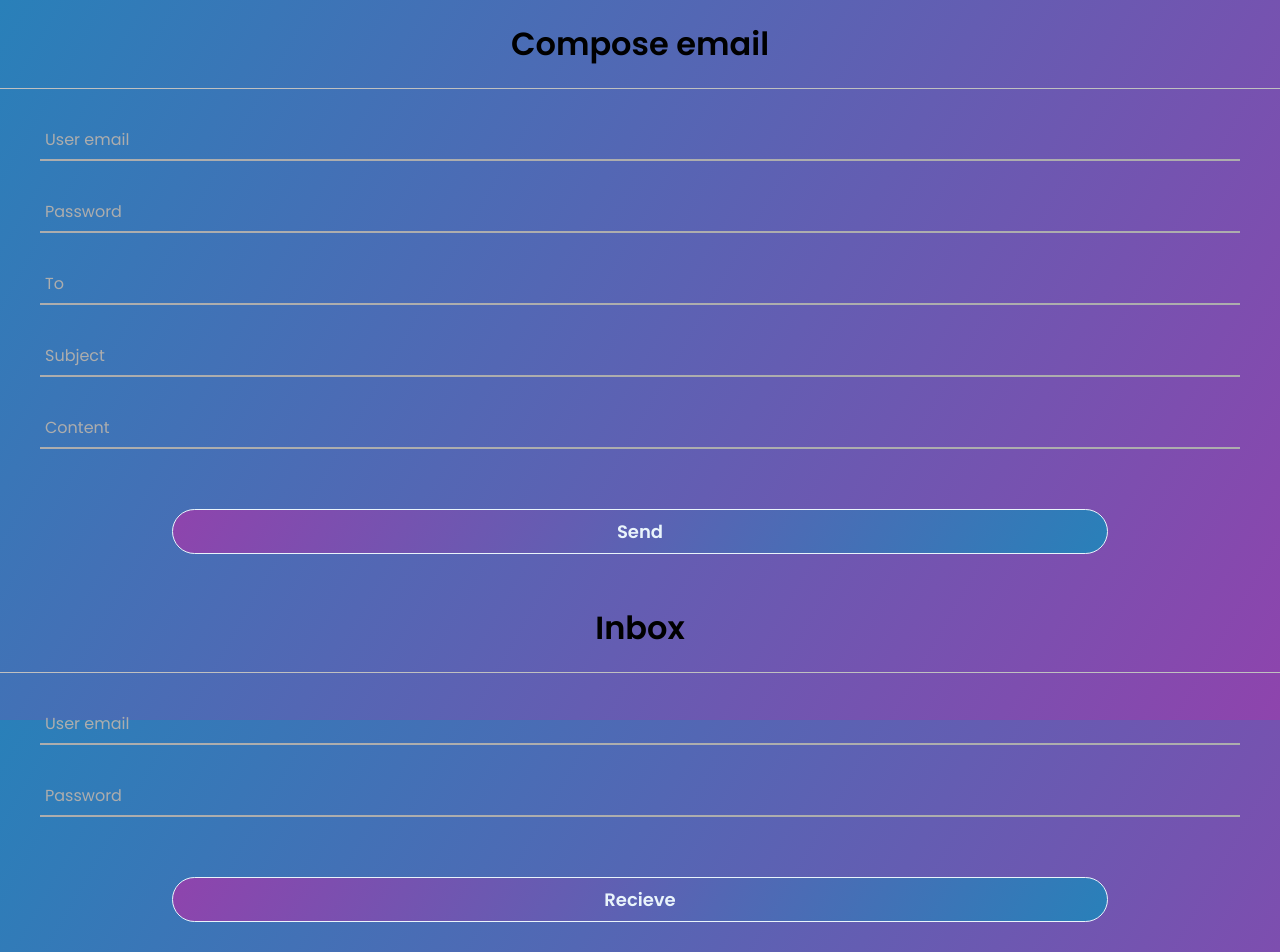
Repository: 20PW01-Abishek/Mail-EZ-in-JAVA
Page: Java package/javapackage/src/main/webapp/index.html
An editor plug-in stored every save of this project. The page is shown before and after the next save, followed by the edit.
The browser window is 1280 px wide. The pictures show the whole page.

Above is the page before, as saved 2022-11-06 05:20:59.

### Java package/javapackage/src/main/webapp/index.html
<!DOCTYPE html>
<html>
<head>
<meta charset="ISO-8859-1">
<link rel="stylesheet" href="style1.css">
<title>email-compose</title>
</head>
<body>
	<div class="parent">
	<div class="center">
      <h1>Compose email</h1>
      <form action="compose" method="post" id="send">
        <div class="txt_field">
          <input type="text" name="from_email" required>
          <span></span>
          <label>User email</label>
        </div>
        <div class="txt_field">
          <input type="password" name="from_password" required>
          <span></span>
          <label>Password</label>
        </div>
        <div class="txt_field">
          <input type="text" name="to_email" required>
          <span></span>
          <label>To</label>
        </div>
        <div class="txt_field">
          <input type="text" name="subject" required>
          <span></span>
          <label>Subject</label>
        </div>
        <div class="txt_field">
          <input type="text" name="content" required>
          <span></span>
          <label>Content</label>
        </div>
        <input type="submit" value="Send">
      </form>
	</div>
	<div class="center">
		<h1>Inbox</h1>
      	<form action="recieve" method="post" id="recieve">
        	<div class="txt_field">
          		<input type="text" name="from_email" required>
          		<span></span>
          		<label>User email</label>
        	</div>
        	<div class="txt_field">
	          <input type="password" name="from_password" required>
	          <span></span>
	          <label>Password</label>
        	</div>
      		<input type="submit" value="Recieve">
      </form>
    </div>
    </div>
</body>
</html>

### Java package/javapackage/src/main/webapp/style1.css
@import url('https://fonts.googleapis.com/css2?family=Noto+Sans:wght@700&family=Poppins:wght@400;500;600&display=swap');
*{
  margin: 0;
  padding: 0;
  box-sizing: border-box;
  font-family: "Poppins", sans-serif;
}
body{
  margin: 0;
  padding: 0;
  background: linear-gradient(120deg,#2980b9, #8e44ad);
  height: 100vh;
  overflow: hidden;
}

.parent{
	text-align: center;
}

.center1{
  padding: 1rem 1rem;
  vertical-align: middle;
  position: absolute;
  top: 50%;
  left: 30%;
  transform: translate(-50%, -50%);
  width: 400px;
  background: #eee;
  border-radius: 10px;
  box-shadow: 10px 10px 15px rgba(0,0,0,0.05);
}

.center2{
  padding: 1rem 1rem;
  vertical-align: middle;
  position: absolute;
  top: 50%;
  left: 70%%;
  transform: translate(-50%, -50%);
  width: 400px;
  background: #eee;
  border-radius: 10px;
  box-shadow: 10px 10px 15px rgba(0,0,0,0.05);
}

.center h1{
  text-align: center;
  padding: 20px 0;
  border-bottom: 1px solid silver;
}
.center form{
  padding: 0 40px;
  box-sizing: border-box;
}
form .txt_field{
  position: relative;
  border-bottom: 2px solid #adadad;
  margin: 30px 0;
}
.txt_field input{
  width: 100%;
  padding: 0 5px;
  height: 40px;
  font-size: 16px;
  border: none;
  background: none;
  outline: none;
}
.txt_field label{
  position: absolute;
  top: 50%;
  left: 5px;
  color: #adadad;
  transform: translateY(-50%);
  font-size: 16px;
  pointer-events: none;
  transition: .5s;
}
.txt_field span::before{
  content: '';
  position: absolute;
  top: 40px;
  left: 0;
  width: 0%;
  height: 2px;
  background: #2691d9;
  transition: .5s;
}
.txt_field input:focus ~ label,
.txt_field input:valid ~ label{
  top: -5px;
  color: #2691d9;
}
.txt_field input:focus ~ span::before,
.txt_field input:valid ~ span::before{
  width: 100%;
}

input[type="submit"]{
  width: 78%;
  height: 45px;
  border: 1px solid;
  background: linear-gradient(120deg,#8e44ad, #2980b9);
  border-radius: 25px;
  font-size: 18px;
  color: #e9f4fb;
  font-weight: 700;
  cursor: pointer;
  outline: none;
  margin: 30px;
}
input[type="submit"]:hover{
  border-width: medium;
  border-color: #2980b9;
  transition: 1s;
}

After the next save:
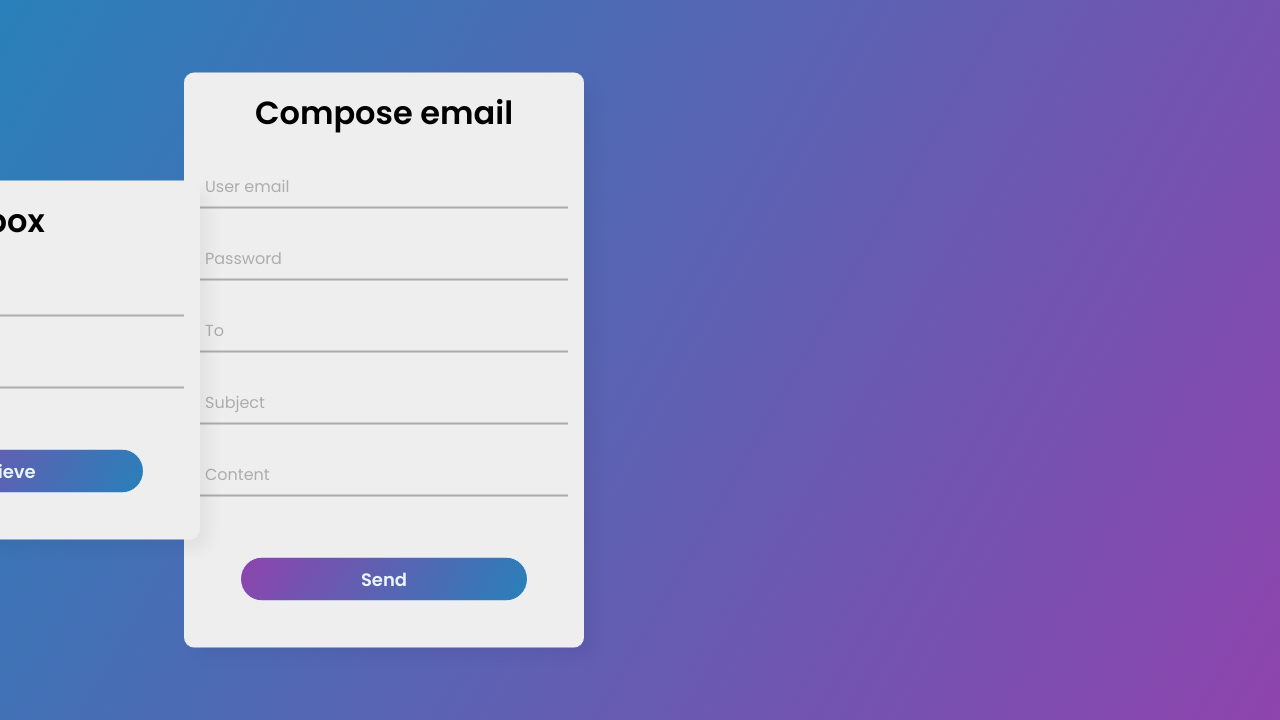
Saved 8 s later.
--- a/Java package/javapackage/src/main/webapp/index.html
+++ b/Java package/javapackage/src/main/webapp/index.html
@@ -7,7 +7,7 @@
 </head>
 <body>
 	<div class="parent">
-	<div class="center">
+	<div class="center1">
       <h1>Compose email</h1>
       <form action="compose" method="post" id="send">
         <div class="txt_field">
@@ -38,7 +38,7 @@
         <input type="submit" value="Send">
       </form>
 	</div>
-	<div class="center">
+	<div class="center2">
 		<h1>Inbox</h1>
       	<form action="recieve" method="post" id="recieve">
         	<div class="txt_field">
